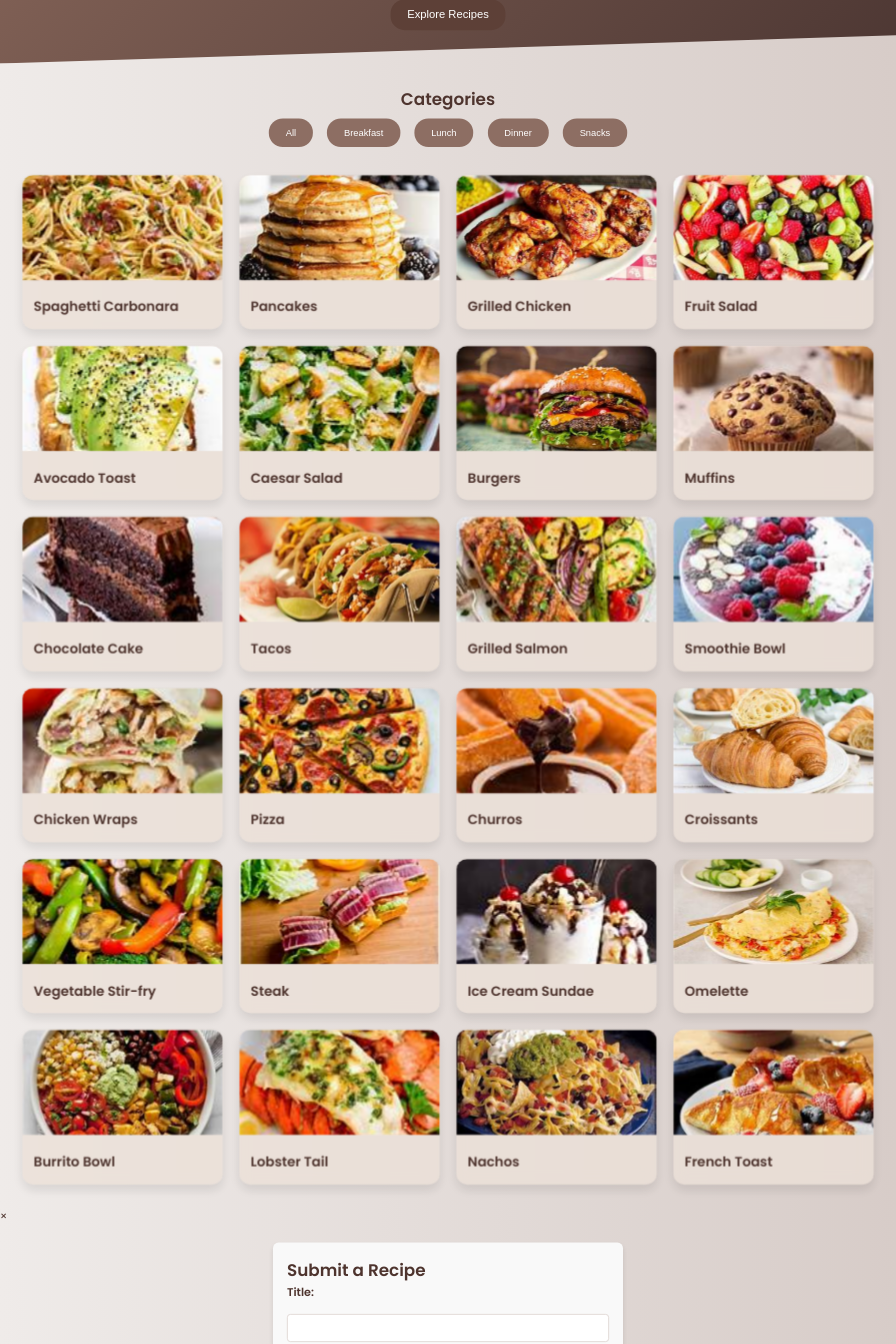
Repository: Patience225/recipe-app
Page: index.html
These files come from the project's save history. The page is drawn as it stood at one moment and after the next save; the edit follows.
The browser window is 1280 px wide. The pictures show the part of the page from y = 373 to 2293 px (the page is 2712 px tall before and 1270 px after), at 70% of full size.

Above is the page before, as saved 2025-01-27 12:16:06.

After the next save:
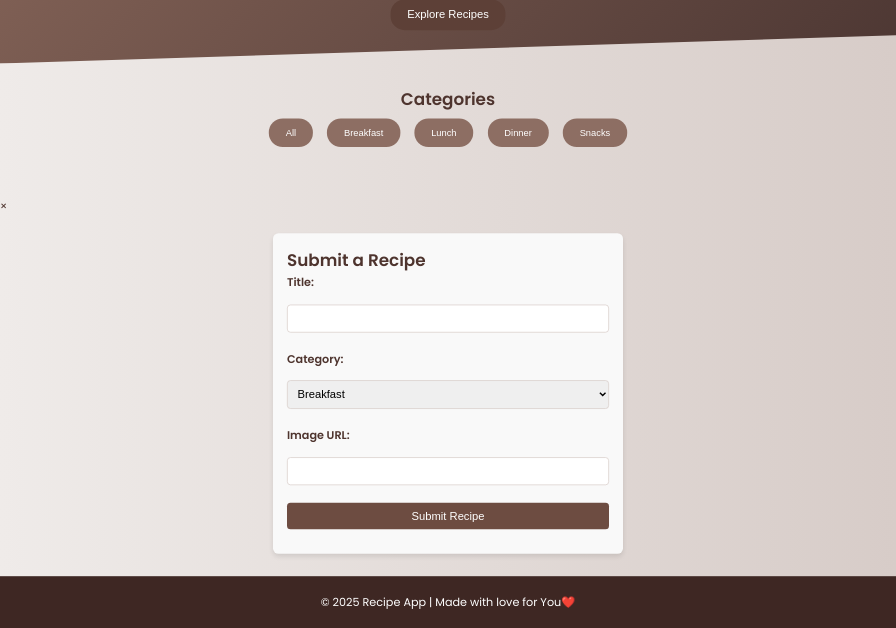
Console error: SyntaxError: Unexpected identifier 'delicious'
Saved 5 min 1 s later.
--- a/script.js
+++ b/script.js
@@ -171,15 +171,40 @@
   });
 };
 
-const openRecipeModal = (recipe) => {
+// Open modal with recipe details
+const modal = document.getElementById("recipe-modal");
+const closeBtn = document.querySelector(".close-btn");
+
+function openModal(recipe) {
+  const modalTitle = document.getElementById("modal-title");
+  const modalImage = document.getElementById("modal-image");
+  const modalDescription = document.getElementById("modal-description");
+
   modalTitle.textContent = recipe.title;
   modalImage.src = recipe.image;
-  modalDescription.textContent = recipe.description;
-  recipeModal.style.display = "block";
-};
-
-closeModalBtn.addEventListener("click", () => {
-  recipeModal.style.display = "none";
+  modalDescription.textContent = A delicious recipe for ${recipe.title}. Category: ${recipe.category};
+
+  modal.style.display = "block";
+}
+
+// Close the modal
+closeBtn.addEventListener("click", () => {
+  modal.style.display = "none";
+});
+
+window.addEventListener("click", (e) => {
+  if (e.target === modal) {
+    modal.style.display = "none";
+  }
+});
+
+// Add click event to recipe cards
+document.addEventListener("click", (e) => {
+  if (e.target.closest(".recipe-card")) {
+    const recipeId = e.target.closest(".recipe-card").dataset.id;
+    const recipe = recipes.find((r) => r.id == recipeId);
+    openModal(recipe);
+  }
 });
 
 themeToggleBtn.addEventListener("click", () => {

After the save that followed:
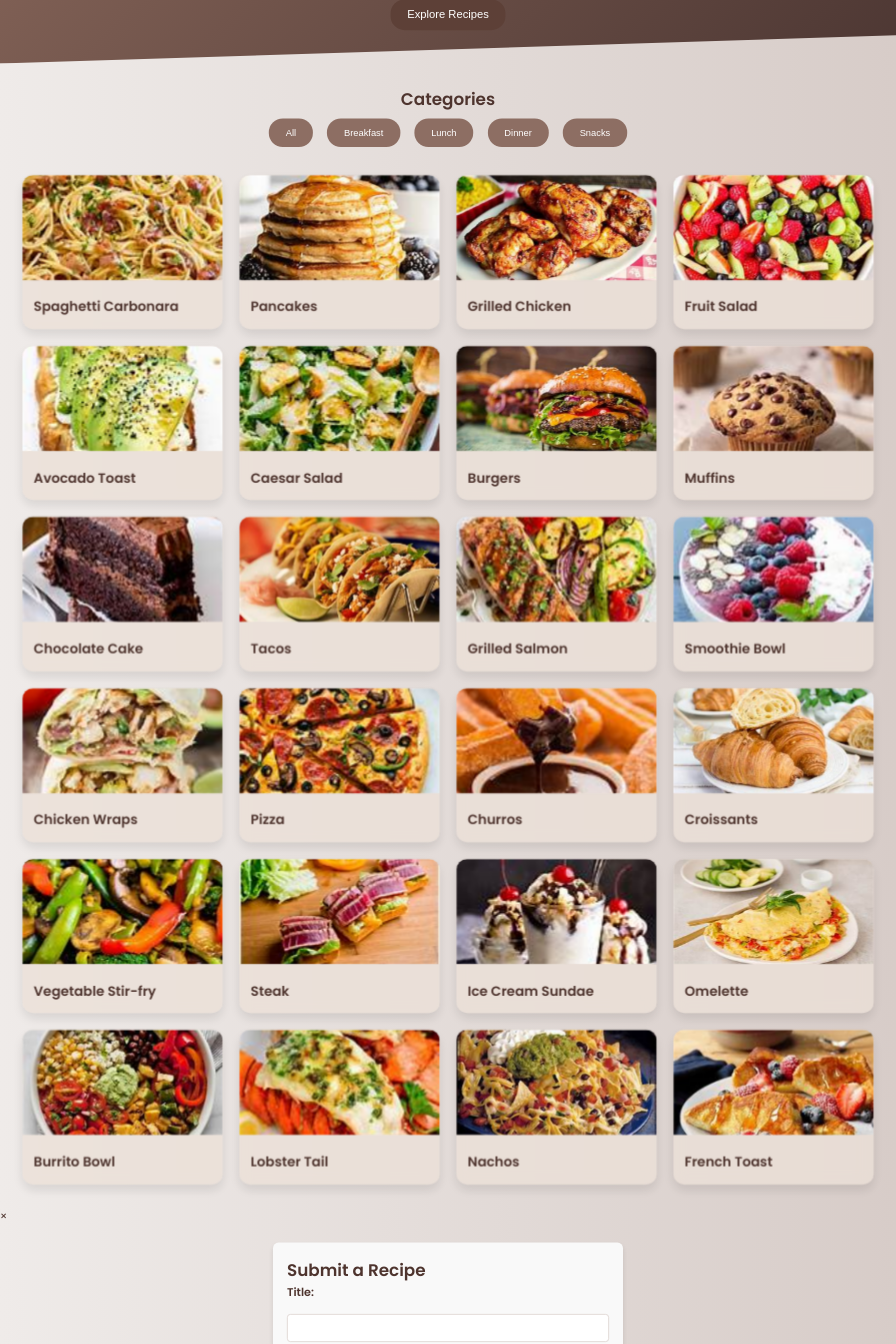
The error is gone.
Saved 32 s later.
--- a/script.js
+++ b/script.js
@@ -171,40 +171,15 @@
   });
 };
 
-// Open modal with recipe details
-const modal = document.getElementById("recipe-modal");
-const closeBtn = document.querySelector(".close-btn");
-
-function openModal(recipe) {
-  const modalTitle = document.getElementById("modal-title");
-  const modalImage = document.getElementById("modal-image");
-  const modalDescription = document.getElementById("modal-description");
-
+const openRecipeModal = (recipe) => {
   modalTitle.textContent = recipe.title;
   modalImage.src = recipe.image;
-  modalDescription.textContent = A delicious recipe for ${recipe.title}. Category: ${recipe.category};
-
-  modal.style.display = "block";
-}
-
-// Close the modal
-closeBtn.addEventListener("click", () => {
-  modal.style.display = "none";
-});
-
-window.addEventListener("click", (e) => {
-  if (e.target === modal) {
-    modal.style.display = "none";
-  }
-});
-
-// Add click event to recipe cards
-document.addEventListener("click", (e) => {
-  if (e.target.closest(".recipe-card")) {
-    const recipeId = e.target.closest(".recipe-card").dataset.id;
-    const recipe = recipes.find((r) => r.id == recipeId);
-    openModal(recipe);
-  }
+  modalDescription.textContent = recipe.description;
+  recipeModal.style.display = "block";
+};
+
+closeModalBtn.addEventListener("click", () => {
+  recipeModal.style.display = "none";
 });
 
 themeToggleBtn.addEventListener("click", () => {
